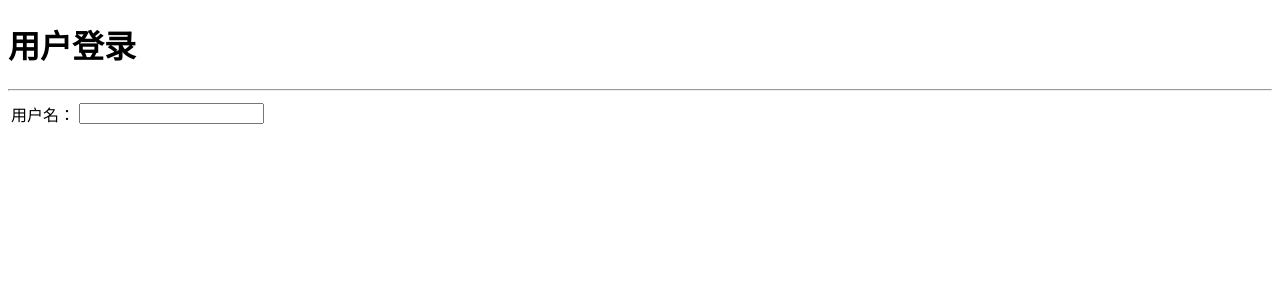
Repository: Zendq1998/jdbc
Page: http://localhost/webroot/login.jsp
An editor plug-in stored every save of this project. The page is shown before and after the next save, followed by the edit.
The browser window is 1280 px wide. The pictures show the whole page.
The page is served by Tomcat 9. Nobody is signed in. The application's start-up code is not run.

Above is the page before, as saved 2018-04-19 16:00:44.

After the next save:
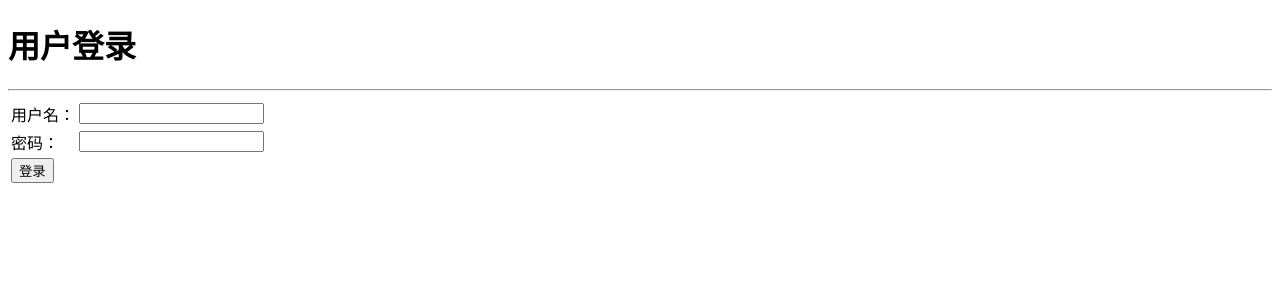
Saved 3 s later.
--- a/webroot/WebContent/login.jsp
+++ b/webroot/WebContent/login.jsp
@@ -15,6 +15,15 @@
 			<td>用户名：</td>
 			<td><input type="text" name="username"></td>
 		</tr>
+		<tr>
+			<td>密码：</td>
+			<td><input type="password" name="password"></td>
+		</tr>
+		<tr>
+			<td colspan="2">
+				<input type="submit" value="登录">
+			</td>
+		</tr>
 	</table>
 </form>
 </body>
